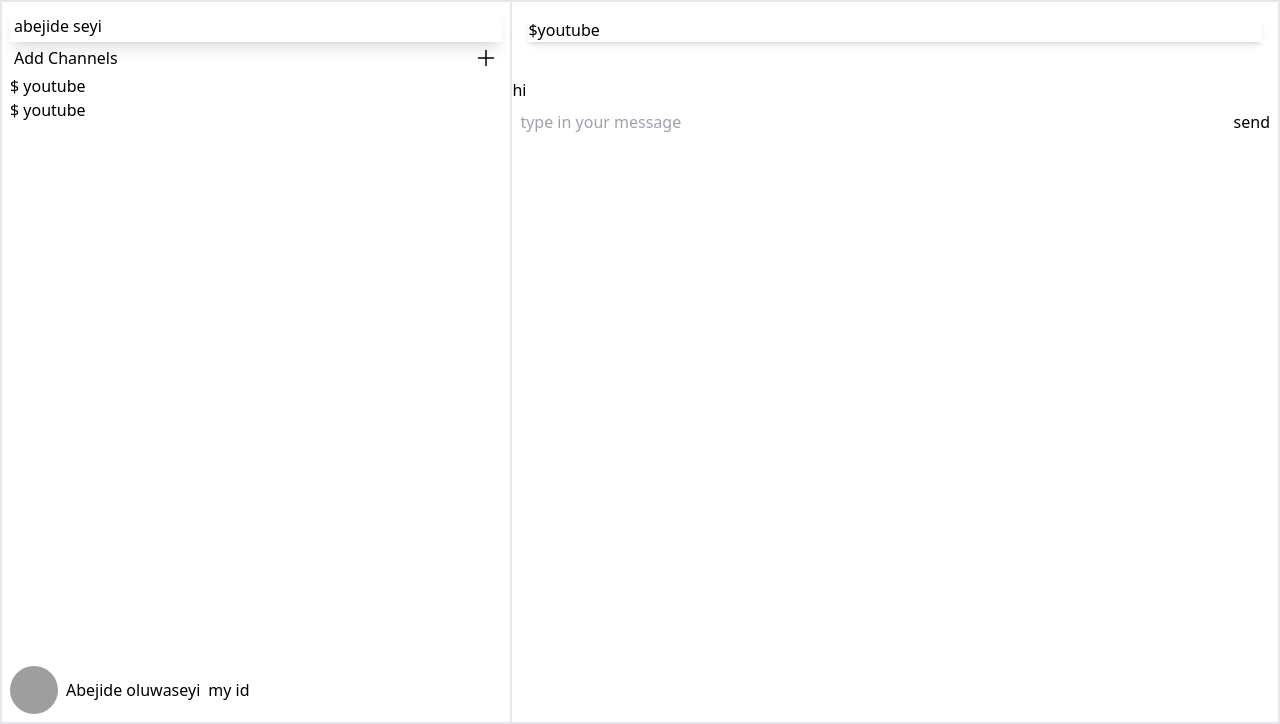
Repository: Semanmernstack/chat-mini
Page: /
The author's editor kept a copy of each file at every save. The page is drawn from the files as they stood at one save, then again after the next save.
The browser window is 1280 px wide. The pictures show the whole page.
Pictures or frames that could not be fetched are drawn as grey boxes. The project was rebuilt for these pictures with package versions that can differ from the ones it lists, and the page was loaded fresh each time. Also part of the build but not shown: src/features/counter/Counter.module.css, src/features/counter/Counter.js.

Above is the page before, as saved 2022-11-14 07:41:27.

### src/App.js
import React from 'react';
import logo from './logo.svg';
import { Counter } from './features/counter/Counter';
import Sidebar from './Sidebar';
import Body from './Body';


function App() {
  return (

    <div className="flex     max-w-screen-xl mx-auto border-2">


      <div className=" flex-[0.4] h-screen ">
        <Sidebar/>
      </div>
      <div className=" flex-[0.6] h-screen">
        <Body/>
      </div>
    </div>
  );
}

export default App;

### src/features/counter/counterSlice.js
import { createAsyncThunk, createSlice } from '@reduxjs/toolkit';
import { fetchCount } from './counterAPI';

const initialState = {
  value: 0,
  status: 'idle',
};

// The function below is called a thunk and allows us to perform async logic. It
// can be dispatched like a regular action: `dispatch(incrementAsync(10))`. This
// will call the thunk with the `dispatch` function as the first argument. Async
// code can then be executed and other actions can be dispatched. Thunks are
// typically used to make async requests.
export const incrementAsync = createAsyncThunk(
  'counter/fetchCount',
  async (amount) => {
    const response = await fetchCount(amount);
    // The value we return becomes the `fulfilled` action payload
    return response.data;
  }
);

export const counterSlice = createSlice({
  name: 'counter',
  initialState,
  // The `reducers` field lets us define reducers and generate associated actions
  reducers: {
    increment: (state) => {
      // Redux Toolkit allows us to write "mutating" logic in reducers. It
      // doesn't actually mutate the state because it uses the Immer library,
      // which detects changes to a "draft state" and produces a brand new
      // immutable state based off those changes
      state.value += 1;
    },
    decrement: (state) => {
      state.value -= 1;
    },
    // Use the PayloadAction type to declare the contents of `action.payload`
    incrementByAmount: (state, action) => {
      state.value += action.payload;
    },
  },
  // The `extraReducers` field lets the slice handle actions defined elsewhere,
  // including actions generated by createAsyncThunk or in other slices.
  extraReducers: (builder) => {
    builder
      .addCase(incrementAsync.pending, (state) => {
        state.status = 'loading';
      })
      .addCase(incrementAsync.fulfilled, (state, action) => {
        state.status = 'idle';
        state.value += action.payload;
      });
  },
});

export const { increment, decrement, incrementByAmount } = counterSlice.actions;

// The function below is called a selector and allows us to select a value from
// the state. Selectors can also be defined inline where they're used instead of
// in the slice file. For example: `useSelector((state: RootState) => state.counter.value)`
export const selectCount = (state) => state.counter.value;

// We can also write thunks by hand, which may contain both sync and async logic.
// Here's an example of conditionally dispatching actions based on current state.
export const incrementIfOdd = (amount) => (dispatch, getState) => {
  const currentValue = selectCount(getState());
  if (currentValue % 2 === 1) {
    dispatch(incrementByAmount(amount));
  }
};

export default counterSlice.reducer;

### src/Sidebar.js
import React from 'react'
import Sidebarlist from './app/Sidebarlist'

function Sidebar() {
  return (
    <div className="flex flex-col h-screen  border-r-2 p-2 mb-4">
        <div className="flex-1"  >
        <div className="shadow-lg p-1">
            <h1>abejide seyi</h1>
        </div>
        <div  className="flex p-1   items-center justify-between">
           <h1>Add Channels</h1>
           <svg xmlns="http://www.w3.org/2000/svg" fill="none" viewBox="0 0 24 24" strokeWidth={1.5} stroke="currentColor" className="w-6 h-6">
                <path strokeLinecap="round" strokeLinejoin="round" d="M12 4.5v15m7.5-7.5h-15" />
            </svg>
        </div>
        <div  >
        <Sidebarlist/>
        <Sidebarlist/>


        </div>


        </div>
        <div className=" flex items-center space-x-2">
            <img className="h-12 w-12 rounded-full"   src="https://cdn.pixabay.com/photo/2022/10/17/15/55/meditate-7528123__340.jpg" alt="img" />
            <h3>Abejide oluwaseyi</h3>
            <span>my id</span>
        </div>


    </div>
  )
}

export default Sidebar

### src/Body.js
import React from 'react'
import BodyHeader from './BodyHeader'

function Body() {
  return (
    <div className="flex flex-col  ">
        <BodyHeader/>
        <div className="  flex-grow ">
            <h2>hi</h2>


        </div>
        <div>
        <form className=" flex p-2">
            <input className="flex-1" type="text" placeholder='type in your message' />
            <button>send</button>
        </form>
        </div>
    </div>
  )
}

export default Body

### src/app/Sidebarlist.js
import React from 'react'

function Sidebarlist() {
  return (
    <div className="flex items-center justify-between">
        <h2>
         $   <span>youtube</span>
        </h2>
    </div>
  )
}

export default Sidebarlist

### src/BodyHeader.js
import React from 'react'

function BodyHeader() {
  return (
    <div className=" flex flex-col   p-4">

        <div className="shadow-md mb-5">
            <h1 >$youtube</h1>

        </div>



    </div>
  )
}

export default BodyHeader

Loaded but not shown: public/index.html (common file); src/index.js (common file); src/app/store.js (common file); src/reportWebVitals.js (common file); src/index.css (common file); src/features/counter/counterAPI.js (common file); tailwind.config.js (common file)

After the next save:
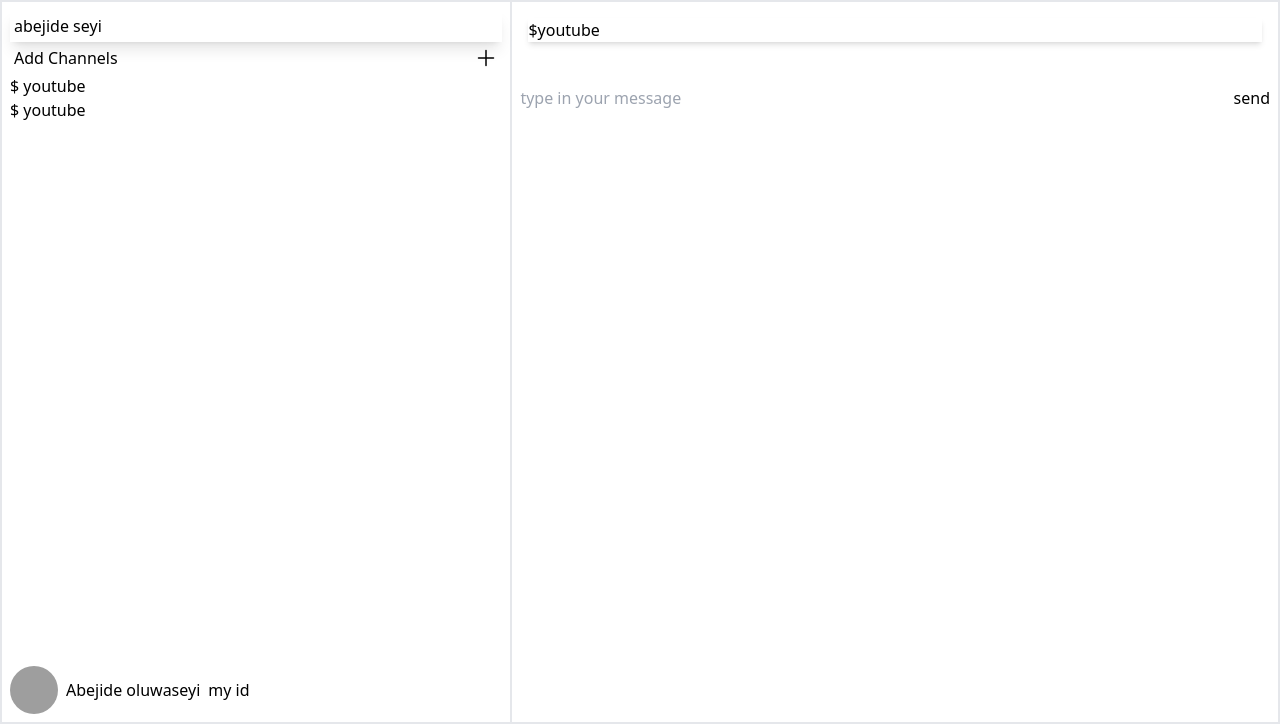
Saved 17 s later.
--- a/src/Body.js
+++ b/src/Body.js
@@ -5,11 +5,7 @@
   return (
     <div className="flex flex-col  ">
         <BodyHeader/>
-        <div className="  flex-grow ">
-            <h2>hi</h2>
 
-
-        </div>
         <div>
         <form className=" flex p-2">
             <input className="flex-1" type="text" placeholder='type in your message' />

After the save that followed:
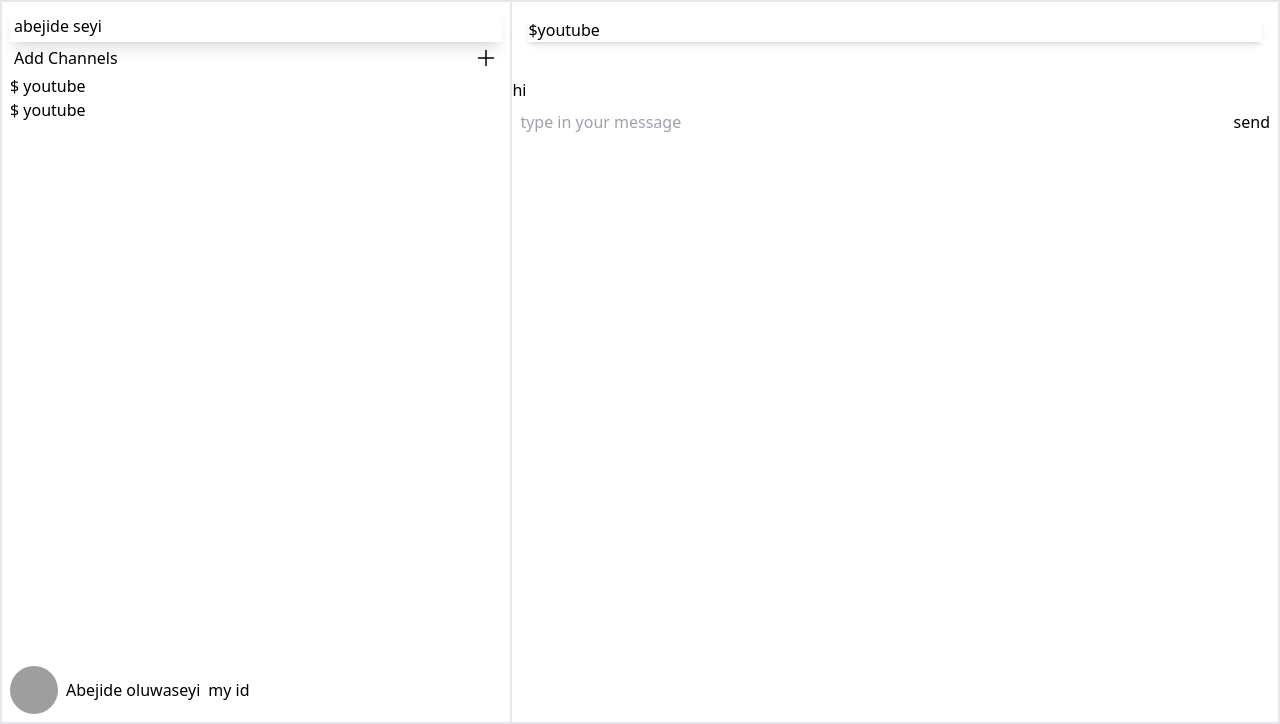
Saved 26 s later.
--- a/src/Body.js
+++ b/src/Body.js
@@ -5,7 +5,7 @@
   return (
     <div className="flex flex-col  ">
         <BodyHeader/>
-
+        <div className="flex-1">hi</div>
         <div>
         <form className=" flex p-2">
             <input className="flex-1" type="text" placeholder='type in your message' />
